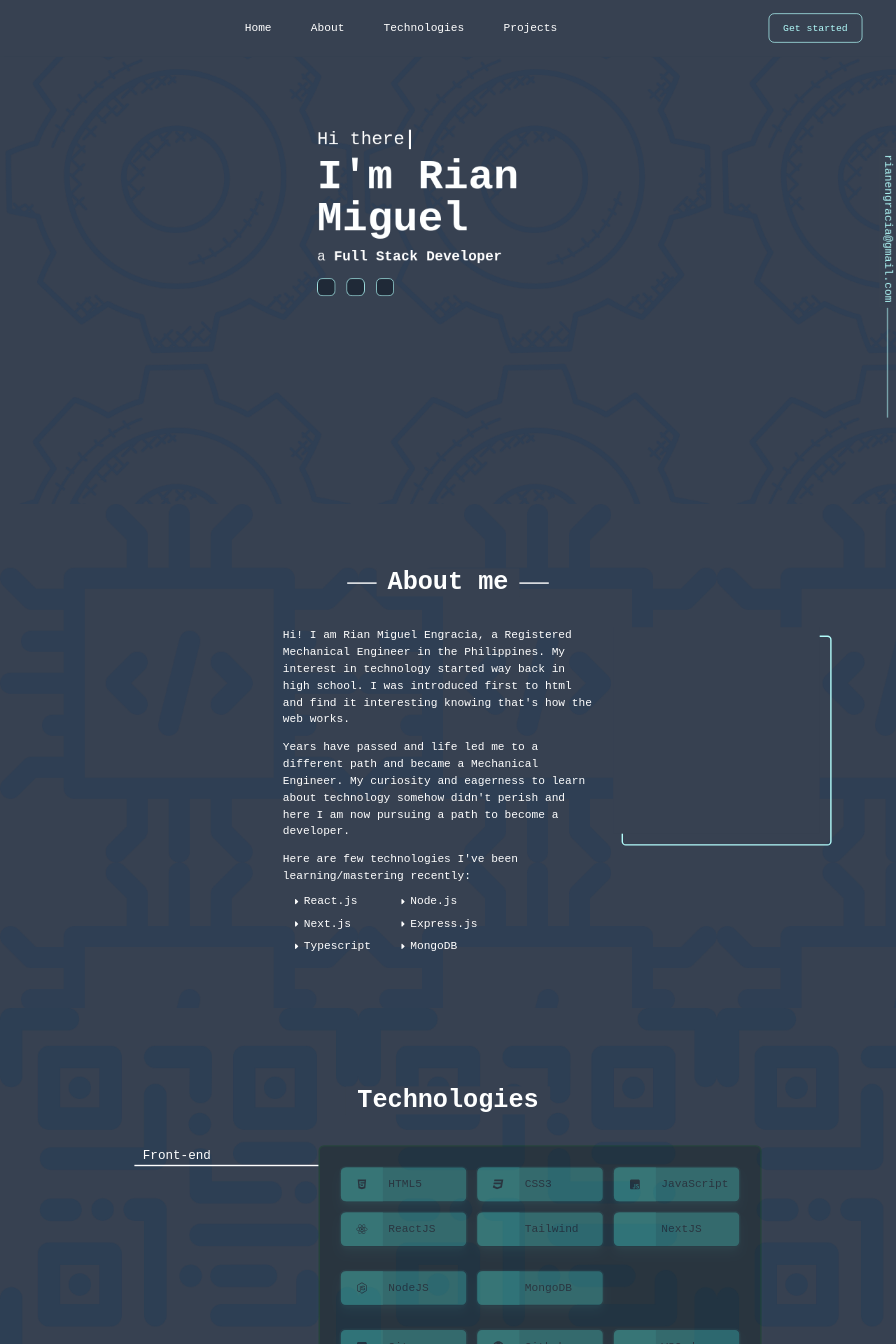
Repository: riandev25/nextjs-portfolio
Page: /
The author's editor kept a copy of each file at every save. The page is drawn from the files as they stood at one save, then again after the next save.
The browser window is 1280 px wide. The pictures show the part of the page from y = 0 to 1920 px (the page is 2880 px tall), at 70% of full size.
Backgrounds fixed to the window are drawn as part of the page. The project was rebuilt for these pictures with package versions that can differ from the ones it lists, and the page was loaded fresh each time. The framework's server and built-in components were replaced by stand-ins that run in the browser. Also part of the build but not shown: next.config.js, components/Home/Keyboard/index.module.css, components/Home/Keyboard/index.jsx.

Above is the page before, as saved 2022-11-13 10:48:51.

After the next save:
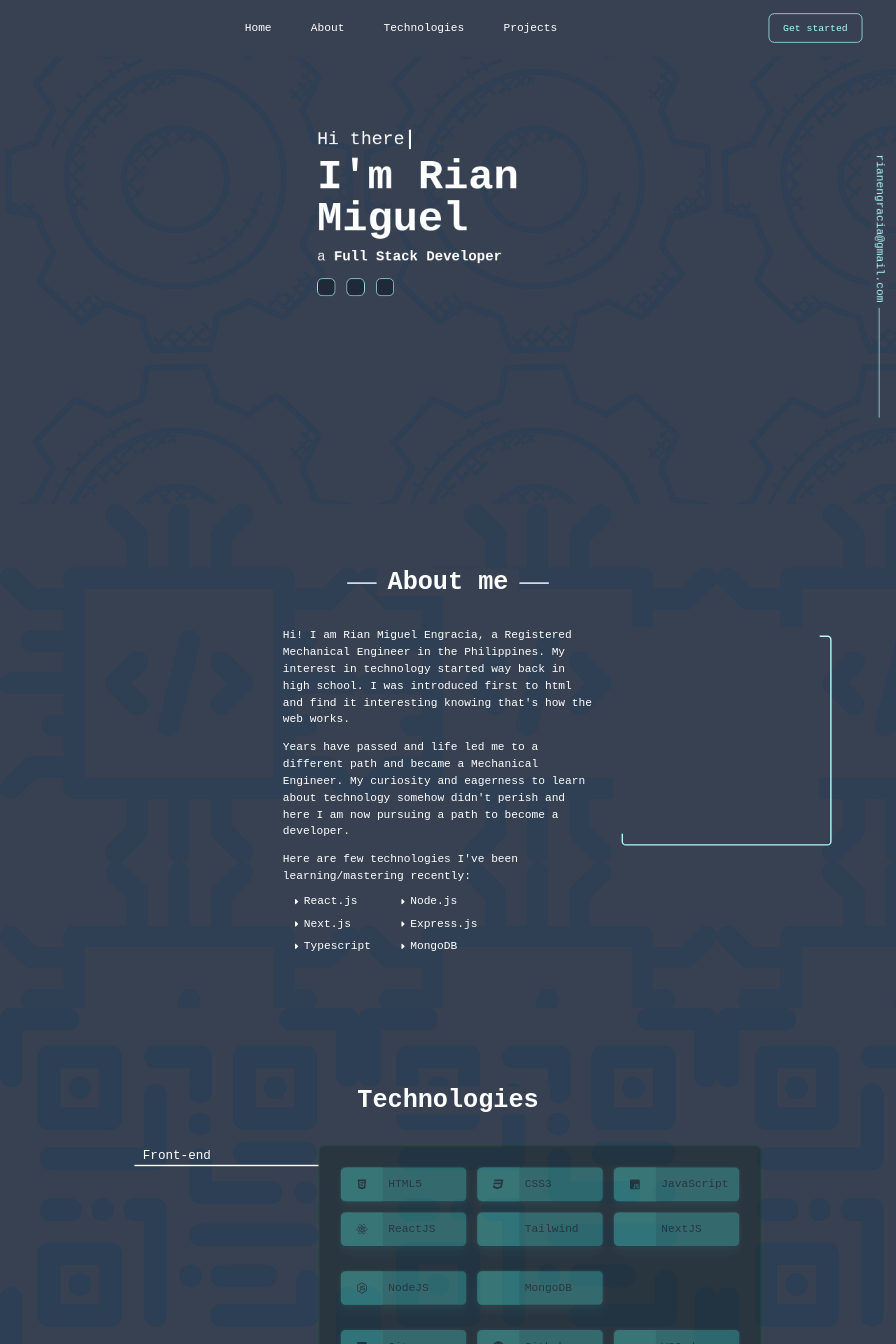
Saved 26 s later.
--- a/components/Header/Email.jsx
+++ b/components/Header/Email.jsx
@@ -4,7 +4,7 @@ import { images } from '../Home/Home';
 
 const Email = () => {
   return (
-    <aside className='fixed bottom-64 right-0 origin-top-right rotate-90'>
+    <aside className='fixed bottom-64 right-3 origin-top-right rotate-90'>
       <div className='flex justify-center items-center relative'>
         <Link href='' legacyBehavior>
           <a className='z-50 transition-all text-[#b2fcfb] bg-gray-700 px-2 hover:text-[#68fffc] hover:scale-110'>
